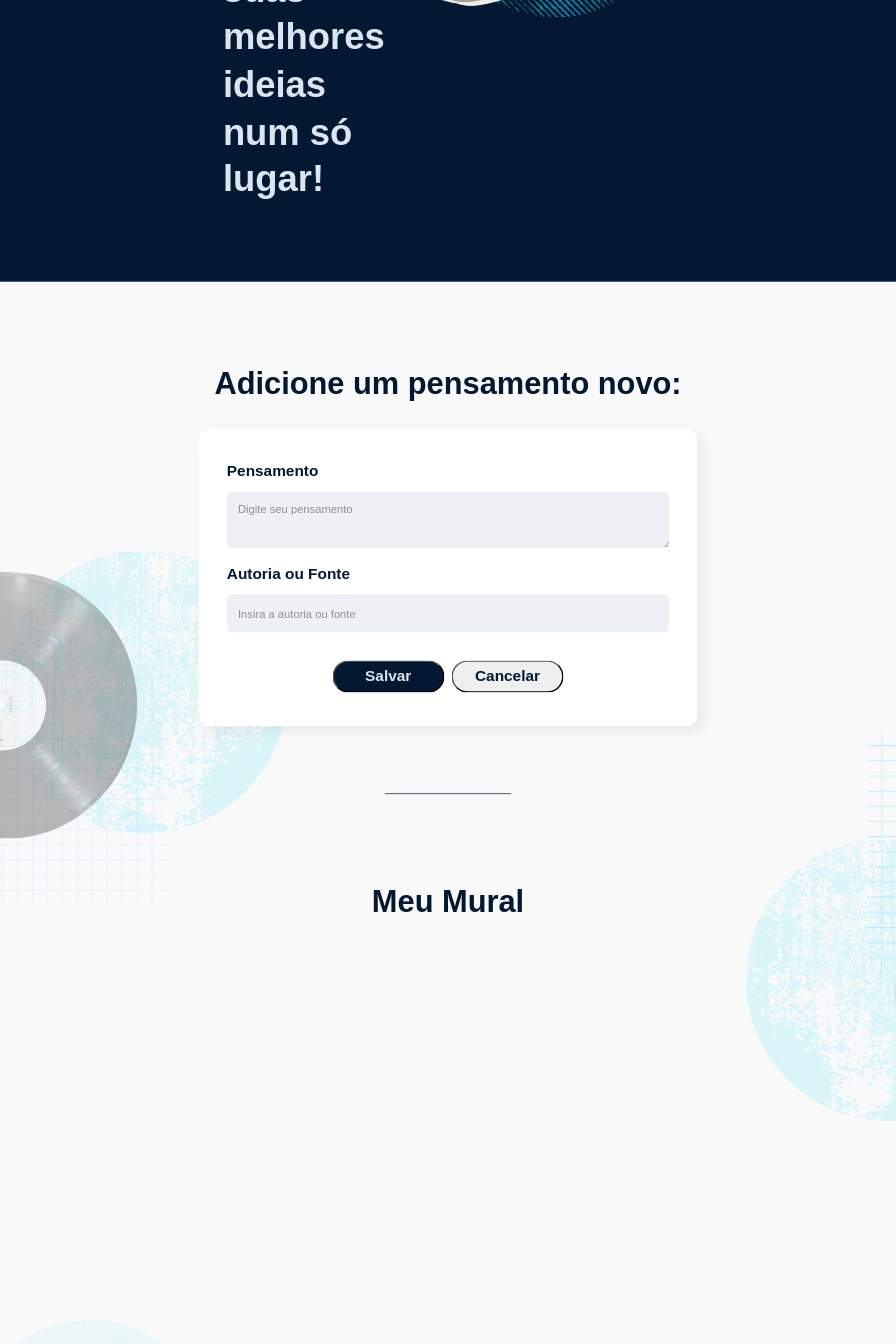
Repository: joaoPraiaJunior/crud_js
Page: index.html
An editor plug-in stored every save of this project. The page is shown before and after the next save, followed by the edit.
The browser window is 1280 px wide. The pictures show the part of the page from y = 689 to 2609 px (the page is 3182 px tall), at 70% of full size.
The page's requests for data from a server got no answer.

Above is the page before, as saved 2024-09-22 13:00:45.

### index.html
<!DOCTYPE html>
<html lang="pt-BR" dir="ltr">
<head>
  <meta charset="UTF-8">
  <meta name="viewport" content="width=device-width, initial-scale=1.0">
  <title>CRUD de Pensamentos</title>
  <link rel="stylesheet" href="css/styles.css">
</head>
<body>
  <header>
    <div class="conteudo-cabecalho">
      <div class="logo">
        <img src="assets/imagens/logo.png" alt="Logo do CRUD meus pensamentos">
        <h1>Trechos de músicas,<br> citações de livros e
          <br> <strong>suas melhores ideias
            <br> num só lugar!</strong>
        </h1>
      </div>
      <div class="imagem-cabecalho">
        <img src="assets/imagens/computador-cabecalho.png" aria-hidden="true" alt>
      </div>
    </div>
  </header>
  <main class="background-overlay">
    <div class="overlay"></div>
    <div class="overlay overlay-color"></div>
    <h2>Adicione um pensamento novo:</h2>
    <section id="form-container">
      <form id="pensamento-form" data-js="formulario">
        <input type="hidden" id="pensamento-id" name="id">
        <label for="pensamento-conteudo">Pensamento</label>
        <textarea id="pensamento-conteudo" name="conteudo" placeholder="Digite seu pensamento" maxlength="200" required></textarea>
        <label for="pensamento-autoria">
          Autoria ou Fonte
        </label>
        <input type="text" id="pensamento-autoria" name="autoria" placeholder="Insira a autoria ou fonte" required>
        <div class="form-botoes">
          <button type="submit" id="botao-salvar">
            Salvar
          </button>
          <button type="reset" id="botao-cancelar" data-js="botao-resetar-formulario">
            Cancelar
          </button>
        </div>
      </form>
    </section>
    <span></span>
    <section id="lista-pensamentos-container">
      <h3>Meu Mural</h3>
      <div id="mensagem-vazia" class="mensagem-vazia" data-js="mural-vazio">
        <img src="assets/imagens/lista-vazia.png" alt="Nenhum pensamento disponível">
        <p>Nada por aqui ainda, que tal compartilhar alguma ideia?</p>
      </div>
      <ul id="lista-pensamentos" data-js="lista-de-pensamentos"></ul>
    </section>
  </main>
  <footer>
    <p>&copy;
      2024 Desenvolvido por Alura.
      Projeto fictício sem fins comerciais.</p>
  </footer>

  <script type="module" src="./js/main.js"></script>
</body>
</html>

### css/styles.css
* {
  margin: 0;
  padding: 0;
  box-sizing: border-box;
}

html {
  font-size: 62.5%;
  scroll-behavior: smooth;
}

:root {
  --Baby-blue: #DBE4EF;
  --Azul-Dark: #041832;
  --Cinza-claro: #EDF0F4;
  --Cinza-medio: #8F8F8F;
  --Cinza: #444;
}

body {
  font-family: "Poppins", sans-serif;
  overflow-x: hidden;
  display: flex;
  flex-direction: column;
}

main {
  padding-top: 12.0rem;
  flex: 1;
  display: flex;
  flex-direction: column;
  align-items: center;
  position: relative;
  min-height: 280vh;
  box-sizing: border-box;
}

.overlay {
  position: absolute;
  top: 0;
  left: 0;
  width: 100%;
  height: 100%;
  background-image: url('/assets/imagens/background.png');
  background-size: cover;
  opacity: 0.5;
  z-index: -1;
}

.overlay-color {
  background-color: #F4F4F4;
}


header {
  padding: 11.2rem 24.0rem 11.2rem 36.0rem;
  background: var(--Azul-Dark, #041832);
}

.conteudo-cabecalho {
  display: flex;
  justify-content: center;
  gap: 3.2rem;
  align-items: center;
}

header .logo {
  display: flex;
  flex-direction: column;
  gap: 4.8rem;
}

header .logo img {
  max-width: 20.0rem;
}

header .logo h1 {
  color: var(--Baby-blue, #DBE4EF);
  font-family: "Poppins", sans-serif;
  align-self: center;
  font-size: 5.2rem;
  font-weight: 300;
  line-height: 6.76rem;
}

.imagem-cabecalho img{
  max-width: 50.0rem;
}

footer {
  padding: 32px 360px;
  background: #041832;
  color: var(--Baby-blue, #DBE4EF);
  text-align: center;
  width: 100%;
  position: relative;
  left: 0;
}

h2, h3 {
  color: var(--Azul-Dark, #041832);
  text-align: center;
  font-family: "Poppins", sans-serif;
  font-size: 4.4rem;
  font-style: normal;
  font-weight: 600;
  line-height: normal;
}

#form-container {
  display: flex;
  padding: 4.8rem 4.0rem;
  flex-direction: column;
  align-items: center;
  gap: 4.0rem;
  align-self: center;
  justify-content: center;
  border-radius: 16px;
  background: #FFF;
  box-shadow: 8px 8px 20px 0px rgba(4, 24, 50, 0.08);
  width: 100%;
  max-width: 71.2rem;
  margin-top: 4.0rem;
}

 #pensamento-form {
  display: flex;
  flex-direction: column;
  width: 100%;
}

#pensamento-conteudo, #pensamento-autoria {
  padding: 1.6rem;
  border-radius: 8px;
  background: var(--Cinza-claro, #EDF0F4);
  word-wrap: break-word;
  overflow-wrap: break-word;
}

#pensamento-conteudo {
  min-height: 8.0rem;
}

#pensamento-form label {
  margin-bottom: 1.6rem;
  color: var(--Azul-Dark, #041832);
  font-family: "Poppins", sans-serif;
  font-size: 2.2rem;
  font-style: normal;
  font-weight: 600;
  line-height: normal;
}

#pensamento-conteudo::placeholder,  #pensamento-autoria::placeholder{
  color: var(--Cinza-medio, #8F8F8F);
  font-family: "Poppins", sans-serif;
  font-size: 1.6rem;
  font-style: normal;
  font-weight: 400;
  line-height: normal;
}

#pensamento-form textarea,
#pensamento-form input {
  margin-bottom: 2.4rem;
  outline: none;
  border-style: none;
  font-size: 2.0rem;
  font-family: "Poppins", sans-serif;
}

.form-botoes {
  display: flex;
  justify-content: center;
  gap: 1.0rem;
  padding-top: 1.6rem;
}

#botao-salvar, #botao-cancelar {
  padding: .8rem 3.2rem;
  border-radius: 3.2rem;
  color: var(--Baby-blue, #DBE4EF);
  font-family: "Poppins", sans-serif;
  font-size: 22px;
  font-style: normal;
  font-weight: 600;
  line-height: normal;
  cursor: pointer;
}

#botao-salvar {
  background: var(--Azul-Dark, #041832);
  min-width: 16.0rem;
}

#botao-cancelar {
  color: var(--Azul-Dark, #041832);
}

#lista-pensamentos-container {
  width: 100%;
  max-width: 120.0rem;
  margin: 4.0rem 0;
}

#lista-pensamentos-container h3 {
  margin: 4.0rem 0;
}

#lista-pensamentos {
  list-style: none;
  padding: 0;
  display: flex;
  flex-wrap: wrap;
  justify-content: space-between;
  row-gap: 3.2rem;
}

.li-pensamento {
  position: relative;
  padding: 1.6rem;
  background: var(--Branco, #FFF);
  box-shadow: .8rem .8rem 0rem 0rem #154580;
  flex: 1 1 calc(33.333% - 24px);
  max-width: calc(33.333% - 24px);
  min-width: 38.4rem;
  min-height: 31.5rem;
  display: flex;
  flex-direction: column;
  overflow-wrap: break-word;
  word-wrap: break-word;
  hyphens: auto;
}

.icone-aspas {
  position: absolute;
  top: 3.2rem;
  left: 3.2rem;
  width: 6.4rem;
  height: 5.0rem;
}

.pensamento-conteudo, .pensamento-autoria {
  margin-left: 2.0rem;
  color: var(--Cinza, #444);
  font-family: "Roboto Mono";
  font-style: normal;
  line-height: normal;
  margin-bottom: 1.6rem;
  overflow-wrap: break-word;
  word-wrap: break-word;
  hyphens: auto;
}

.pensamento-conteudo {
  margin-top: 9.6rem;
  font-size: 2.0rem;
  font-weight: 400;
}

.pensamento-autoria {
  font-size: 2.2rem;
  font-weight: 600;
}

.icones {
  position: absolute;
  bottom: 1.6rem;
  right: 1.6rem;
}

.botao-editar, .botao-excluir {
  background: none;
  border: none;
  cursor: pointer;
  padding: .8rem;
  margin-left: .8rem;
}

.botao-editar img, .botao-excluir img {
  width: 2.0rem;
  height: 2.0rem;
}

span {
  width: 18.0rem;
  height: .1rem;
  background: #041832;
  margin: 9.6rem 0 4.8rem 0;
}

.mensagem-vazia {
  display: none;
  text-align: center;
  color: var(--Azul-Dark, #041832);
  margin-top: 40px;
}

.mensagem-vazia img {
  max-width: 200px;
  margin-bottom: 20px;
}

.mensagem-vazia p {
  font-family: "Poppins", sans-serif;
  font-size: 22px;
  font-weight: 400;
  line-height: 33px;
  text-align: center;
}

### js/main.js
import resetarFormulario from './modulos/resetarFormulario.js';
import salvarDadosDoFormulario from './modulos/salvarDadosDoFormulario.js';
import ui from './modulos/ui.js';


const elementos = {
    formulario: '[data-js="formulario"]',
    botaoResetarFormulario: '[data-js="botao-resetar-formulario"]',
}

const formulario = document.querySelector(elementos.formulario);
const botaoResetarFormulario = document.querySelector(elementos.botaoResetarFormulario);

document.addEventListener("DOMContentLoaded", ui.renderizarPensamentos);
formulario.addEventListener('submit', salvarDadosDoFormulario);
botaoResetarFormulario.addEventListener('click', resetarFormulario);

### js/modulos/resetarFormulario.js
function resetarFormulario() {
	const elementos = {
		formulario: '[data-js="formulario"]',
	};

	const formulario = document.querySelector(elementos.formulario);

	formulario.reset();
	formulario.id.value = '';
}

export default resetarFormulario;

### js/modulos/salvarDadosDoFormulario.js
import api from './api.js';
import resetarFormiulario from './resetarFormulario.js';
import ui from './ui.js';

async function salvarDadosDoFormulario(evento) {
	evento.preventDefault();

	const elementos = {
		formulario: '[data-js="formulario"]',
	};

	const formulario = document.querySelector(elementos.formulario);
	const id = formulario.id.value;
	const conteudo = formulario.conteudo.value.trim();
	const autoria = formulario.autoria.value.trim();

	try {
		if (id) {
			await api.editarPensamentos({ id, conteudo, autoria });
		} else {
			await api.salvarPensamentos({ conteudo, autoria });
		}

		ui.renderizarPensamentos();
		resetarFormiulario();
	} catch (error) {
		console.log('Erro em pegar dados do formulário', error);
	}
}

export default salvarDadosDoFormulario;

### js/modulos/ui.js
import api from './api.js';
import constroiPensamento from './constroiPensamento.js';
import formularioPreenchidoComPensamento from './formularioPreenchidoComPensamento.js';
import mensagemDeMuralVazio from './mensagemDeMuralVazio.js';

const ui = {
	async renderizarPensamentos() {
		const listaPensamentos = document.querySelector('[data-js="lista-de-pensamentos"]');
		listaPensamentos.innerHTML = '';

		try {
			const pensamentos = await api.buscarPensamentos();

			if (pensamentos.length === 0) {
				mensagemDeMuralVazio();
				return;
			}

			pensamentos.forEach(ui.adicionarPensamentoNaLista);
		} catch (error) {
			console.log('Erro em renderizar pensamentos', error);
		}
	},

	adicionarPensamentoNaLista(pensamento) {
		const listaPensamentos = document.querySelector('[data-js="lista-de-pensamentos"]');
		listaPensamentos.appendChild(constroiPensamento(pensamento));
	},

	async editarPensamentoDaLista(pensamentoId) {
		const pensamento = await api.buscarPensamentosPorId(pensamentoId);
		formularioPreenchidoComPensamento(pensamento);
	},

	async excluirPensamentoDaLista(pensamentoId) {
		try {
			await api.excluirPensamento(pensamentoId);
			ui.renderizarPensamentos();
		} catch (error) {
			console.log('Erro em excluir pensamento', error);
		}
	},
};

export default ui;

### js/modulos/api.js
const URL_BASE = 'http://localhost:3000';

const api = {
	async buscarPensamentos() {
		try {
			const response = await fetch(`${URL_BASE}/pensamentos`);
			const data = await response.json();
			return data;
		} catch (error) {
			console.error('Erro em buscar pensamentos', error);
			throw error;
		}
	},

	async salvarPensamentos(pensamento) {
		try {
			const response = await fetch(`${URL_BASE}/pensamentos`, {
				method: 'POST',
				headers: {
					'Content-Type': 'application/json',
				},
				body: JSON.stringify(pensamento),
			});

			const data = await response.json();
			return data;
		} catch (error) {
			console.error('Erro ao salvar pensamento', error);
			throw error;
		}
	},

	async buscarPensamentosPorId(id) {
		try {
			const response = await fetch(`${URL_BASE}/pensamentos/${id}`);
			const data = await response.json();
			return data;
		} catch (error) {
			console.error('Erro ao buscar pensamento', error);
			throw error;
		}
	},

	async editarPensamentos(pensamento) {
		try {
			const response = await fetch(`${URL_BASE}/pensamentos/${pensamento.id}`, {
				method: 'PUT',
				headers: {
					'Content-Type': 'application/json',
				},
				body: JSON.stringify(pensamento),
			});

			const data = await response.json();
			return data;
		} catch (error) {
			console.error('Erro ao Editar pensamento', error);
			throw error;
		}
	},

	async excluirPensamento(id) {
		try {
			await fetch(`${URL_BASE}/pensamentos/${id}`, {
				method: 'DELETE',
			});
		} catch (error) {
			console.error('Erro ao deletar pensamento', error);
			throw error;
		}
	},
};

export default api;

### js/modulos/constroiPensamento.js
import ui from './ui.js';

function constroiPensamento(pensamento) {

    const li = document.createElement('li');
    const imagem = document.createElement('img');
    const divConteudo = document.createElement('div');
    const divAutoria = document.createElement('div');
    const divIcones = document.createElement('div');
    const botaoEditar = document.createElement('button');
    const botaoExcluir = document.createElement('button');
    const iconeEditar = document.createElement('img');
    const iconeExcluir = document.createElement('img');


    li.classList.add('li-pensamento');
    imagem.src = 'assets/imagens/aspas-azuis.png';
    imagem.alt = 'Aspas azuis';
    imagem.classList.add('icone-aspas');
    divConteudo.classList.add('pensamento-conteudo');
    divAutoria.classList.add('pensamento-autoria');
    divIcones.classList.add('icones');
    botaoEditar.classList.add('botao-editar');
    botaoExcluir.classList.add('botao-excluir');
    iconeEditar.src = 'assets/imagens/icone-editar.png';
    iconeEditar.alt = 'Editar pensamento';
    iconeEditar.ariaLabel = 'Editar pensamento';
    iconeExcluir.src = 'assets/imagens/icone-excluir.png';
    iconeExcluir.alt = 'Excluir pensamento';
    iconeExcluir.ariaLabel = 'Excluir pensamento';


    li.dataset.id = pensamento.id;
    divConteudo.textContent = pensamento.conteudo;
    divAutoria.textContent = pensamento.autoria;
    botaoEditar.onclick = () => ui.editarPensamentoDaLista(pensamento.id);
    botaoExcluir.onclick = () => ui.excluirPensamentoDaLista(pensamento.id);


    botaoExcluir.appendChild(iconeExcluir);
    botaoEditar.appendChild(iconeEditar);
    divIcones.appendChild(botaoEditar);
    divIcones.appendChild(botaoExcluir);
    li.appendChild(imagem);
    li.appendChild(divConteudo);
    li.appendChild(divAutoria);
    li.appendChild(divIcones);

    return li;
}

export default constroiPensamento;

### js/modulos/formularioPreenchidoComPensamento.js
function formularioPreenchidoComPensamento(pensamento) {

    const elmentos = {
        formulario: '[data-js="formulario"]',
    }

    const formulario = document.querySelector(elmentos.formulario);

    formulario.id.value = pensamento.id;
    formulario.conteudo.value = pensamento.conteudo;
    formulario.autoria.value = pensamento.autoria;
    formulario.conteudo.focus();
}

export default formularioPreenchidoComPensamento;

### js/modulos/mensagemDeMuralVazio.js
function mensagemDeMuralVazio() {

    const elementos = {
        mensagem: '[data-js="mural-vazio"]',
    }

    const mensagem = document.querySelector(elementos.mensagem);

    mensagem.style.display = 'block';

}

export default mensagemDeMuralVazio;

After the next save:
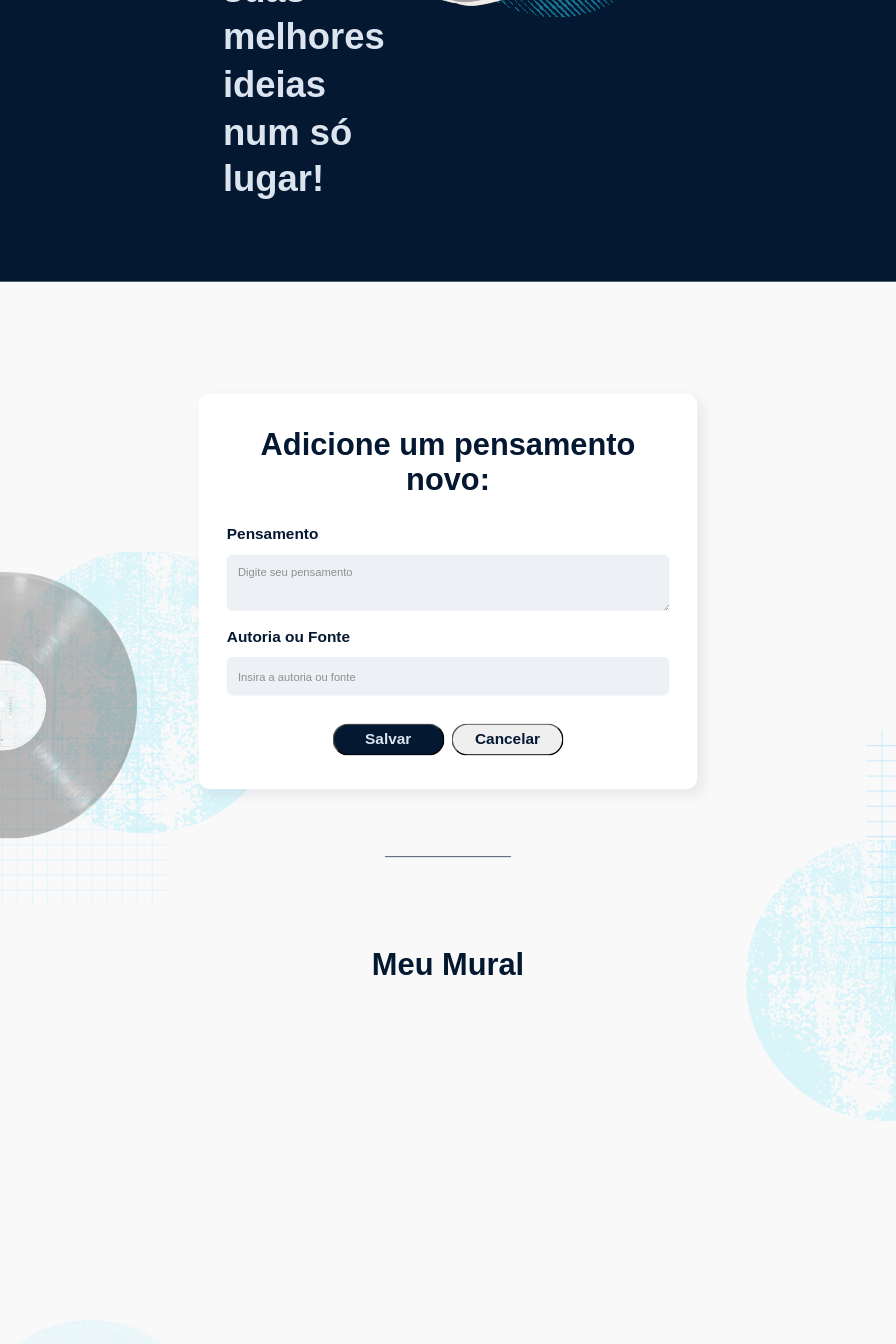
Saved 49 min 52 s later.
--- a/index.html
+++ b/index.html
@@ -1,65 +1,61 @@
-<!DOCTYPE html>
+<!doctype html>
 <html lang="pt-BR" dir="ltr">
-<head>
-  <meta charset="UTF-8">
-  <meta name="viewport" content="width=device-width, initial-scale=1.0">
-  <title>CRUD de Pensamentos</title>
-  <link rel="stylesheet" href="css/styles.css">
-</head>
-<body>
-  <header>
-    <div class="conteudo-cabecalho">
-      <div class="logo">
-        <img src="assets/imagens/logo.png" alt="Logo do CRUD meus pensamentos">
-        <h1>Trechos de músicas,<br> citações de livros e
-          <br> <strong>suas melhores ideias
-            <br> num só lugar!</strong>
-        </h1>
-      </div>
-      <div class="imagem-cabecalho">
-        <img src="assets/imagens/computador-cabecalho.png" aria-hidden="true" alt>
-      </div>
-    </div>
-  </header>
-  <main class="background-overlay">
-    <div class="overlay"></div>
-    <div class="overlay overlay-color"></div>
-    <h2>Adicione um pensamento novo:</h2>
-    <section id="form-container">
-      <form id="pensamento-form" data-js="formulario">
-        <input type="hidden" id="pensamento-id" name="id">
-        <label for="pensamento-conteudo">Pensamento</label>
-        <textarea id="pensamento-conteudo" name="conteudo" placeholder="Digite seu pensamento" maxlength="200" required></textarea>
-        <label for="pensamento-autoria">
-          Autoria ou Fonte
-        </label>
-        <input type="text" id="pensamento-autoria" name="autoria" placeholder="Insira a autoria ou fonte" required>
-        <div class="form-botoes">
-          <button type="submit" id="botao-salvar">
-            Salvar
-          </button>
-          <button type="reset" id="botao-cancelar" data-js="botao-resetar-formulario">
-            Cancelar
-          </button>
-        </div>
-      </form>
-    </section>
-    <span></span>
-    <section id="lista-pensamentos-container">
-      <h3>Meu Mural</h3>
-      <div id="mensagem-vazia" class="mensagem-vazia" data-js="mural-vazio">
-        <img src="assets/imagens/lista-vazia.png" alt="Nenhum pensamento disponível">
-        <p>Nada por aqui ainda, que tal compartilhar alguma ideia?</p>
-      </div>
-      <ul id="lista-pensamentos" data-js="lista-de-pensamentos"></ul>
-    </section>
-  </main>
-  <footer>
-    <p>&copy;
-      2024 Desenvolvido por Alura.
-      Projeto fictício sem fins comerciais.</p>
-  </footer>
+	<head>
+		<meta charset="UTF-8" />
+		<meta name="viewport" content="width=device-width, initial-scale=1.0" />
+		<title>CRUD de Pensamentos</title>
+		<link rel="stylesheet" href="css/styles.css" />
+	</head>
+	<body>
+		<header>
+			<div class="conteudo-cabecalho">
+				<div class="logo">
+					<img src="assets/imagens/logo.png" alt="Logo do CRUD meus pensamentos" />
+					<h1>
+						Trechos de músicas,<br />
+						citações de livros e <br />
+						<strong
+							>suas melhores ideias <br />
+							num só lugar!</strong
+						>
+					</h1>
+				</div>
+				<div class="imagem-cabecalho">
+					<img src="assets/imagens/computador-cabecalho.png" aria-hidden="true" alt />
+				</div>
+			</div>
+		</header>
+		<main class="background-overlay">
+			<div class="overlay"></div>
+			<div class="overlay overlay-color"></div>
+			<section id="form-container">
+				<h2>Adicione um pensamento novo:</h2>
+				<form id="pensamento-form" data-js="formulario">
+					<input type="hidden" id="pensamento-id" name="id" />
+					<label for="pensamento-conteudo">Pensamento</label>
+					<textarea id="pensamento-conteudo" name="conteudo" placeholder="Digite seu pensamento" maxlength="200" required></textarea>
+					<label for="pensamento-autoria"> Autoria ou Fonte </label>
+					<input type="text" id="pensamento-autoria" name="autoria" placeholder="Insira a autoria ou fonte" required />
+					<div class="form-botoes">
+						<button type="submit" id="botao-salvar">Salvar</button>
+						<button type="reset" id="botao-cancelar" data-js="botao-resetar-formulario">Cancelar</button>
+					</div>
+				</form>
+			</section>
+			<span></span>
+			<section id="lista-pensamentos-container">
+				<h3>Meu Mural</h3>
+				<div id="mensagem-vazia" class="mensagem-vazia" data-js="mural-vazio">
+					<img src="assets/imagens/lista-vazia.png" alt="Nenhum pensamento disponível" />
+					<p>Nada por aqui ainda, que tal compartilhar alguma ideia?</p>
+				</div>
+				<ul id="lista-pensamentos" data-js="lista-de-pensamentos"></ul>
+			</section>
+		</main>
+		<footer>
+			<p>&copy; 2024 Desenvolvido por Alura. Projeto fictício sem fins comerciais.</p>
+		</footer>
 
-  <script type="module" src="./js/main.js"></script>
-</body>
+		<script type="module" src="./js/main.js"></script>
+	</body>
 </html>
